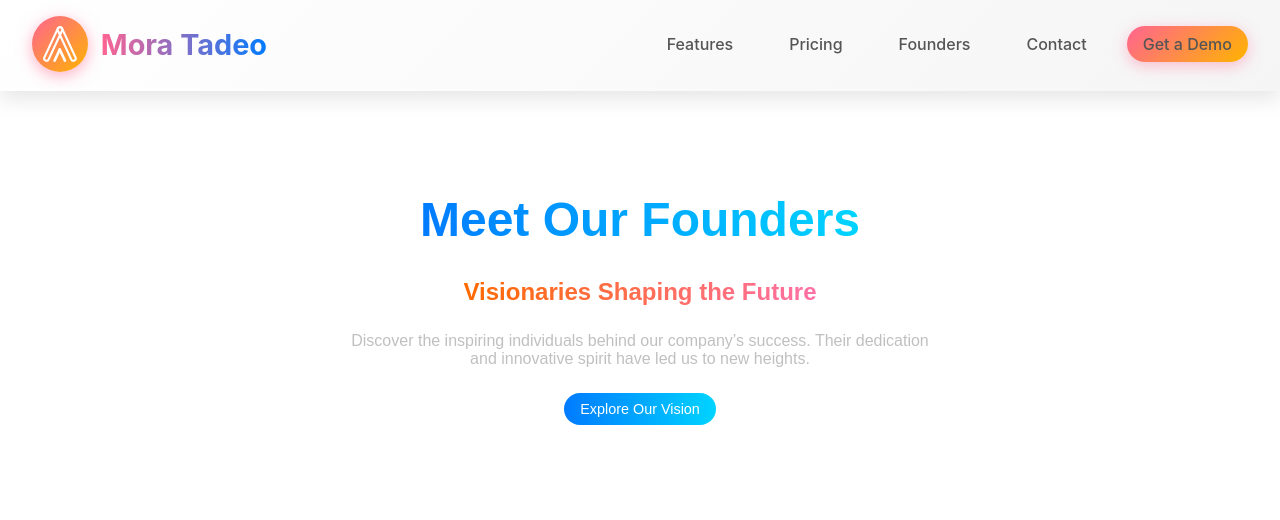
Repository: AbrahamM007/moratadeo
Page: /founders
The author's editor kept a copy of each file at every save. The page is drawn from the files as they stood at one save, then again after the next save.
The browser window is 1280 px wide. The pictures show the part of the page from y = 0 to 520 px (the page is 990 px tall before and 952 px after).
Pictures or frames that could not be fetched are drawn as grey boxes. The project was rebuilt for these pictures with package versions that can differ from the ones it lists, and the page was loaded fresh each time. Also part of the build but not shown: src/HeroSection.css, src/HeroSection.js, src/InfoSection.css, src/InfoSection.js, src/RoadmapSection.css, src/RoadmapSection.js, src/DesignPhaseSection.js, src/HeroBanner.js and 6 more.

Above is the page before, as saved 2025-01-12 22:35:45.

### public/index.html
<!DOCTYPE html>
<html lang="en">
  <head>
    <meta charset="utf-8" />
    <link rel="icon" href="mora.png" />
    <meta name="viewport" content="width=device-width, initial-scale=1" />
    <meta name="theme-color" content="#000000" />

    <link rel="apple-touch-icon" href="mora.png" />
    <link rel="manifest" href="%PUBLIC_URL%/manifest.json" />

    <!-- SEO Meta Tags -->
    <meta name="title" content="Mora Tadeo | Development Firm" />
    <meta name="description" content="Mora Tadeo is a leading development firm offering cutting-edge solutions in web development, app design, and technology innovation to elevate your business." />
    <meta name="keywords" content="development firm, web development, app design, Mora Tadeo, software solutions, technology innovation" />
    <meta name="author" content="Mora Tadeo" />
    <meta name="robots" content="index, follow" />
    <meta name="googlebot" content="index, follow" />

    <!-- Open Graph Meta Tags (for social sharing) -->
    <meta property="og:type" content="website" />
    <meta property="og:url" content="https://moratadeo.com" />
    <meta property="og:title" content="Mora Tadeo | Development Firm" />
    <meta property="og:description" content="Discover innovative web and app development solutions with Mora Tadeo. Your trusted partner in driving technology forward." />
    <meta property="og:image" content="https://moratadeo.com/preview-image.png" />
    <meta property="og:site_name" content="Mora Tadeo" />

    <!-- Twitter Card Meta Tags -->
    <meta name="twitter:card" content="summary_large_image" />
    <meta name="twitter:url" content="https://moratadeo.com" />
    <meta name="twitter:title" content="Mora Tadeo | Development Firm" />
    <meta name="twitter:description" content="Mora Tadeo offers state-of-the-art development services to bring your business ideas to life. Partner with us for tailored solutions." />
    <meta name="twitter:image" content="https://moratadeo.com/preview-image.png" />

    <!-- Additional Metadata -->
    <meta name="msapplication-TileColor" content="#ffffff" />
    <meta name="msapplication-config" content="%PUBLIC_URL%/browserconfig.xml" />

    <!-- Title -->
    <title>Mora Tadeo | Development Firm</title>
  </head>
  <body>
    <noscript>You need to enable JavaScript to run this app.</noscript>
    <div id="root"></div>
  </body>
</html>

### src/FoundersPage.js
import React from "react";
import "./FoundersPage.css";

const FoundersPage = () => {
  return (
    <div className="founders-page">
      {/* Hero Section */}
      <section className="founders-hero">
        <h1 className="founders-hero-title">Meet Our Founders</h1>
        <h2 className="founders-hero-subtitle">Visionaries Shaping the Future</h2>
        <p className="hero-paragraph">
          Discover the inspiring individuals behind our company’s success.
          Their dedication and innovative spirit have led us to new heights.
        </p>
        <button className="hero-button">Explore Our Vision</button>

        {/* Decorative Overlapping Shapes */}
        <div className="decorative-block block1"></div>
        <div className="decorative-block block2"></div>
      </section>

      {/* Founders Section */}
      <div className="founders-container">
        {/* Founder 1 */}
        <div className="founder-card">
          <div className="founder-image-container">
            <img
              src="/path-to-founder1-image.jpg"
              alt="Founder 1"
              className="founder-image"
            />
          </div>
          <h2 className="founder-name">Founder 1</h2>
          <h3 className="founder-title">CEO & Co-Founder</h3>
          <p className="founder-bio">
            A pioneer in innovation, Founder 1 has transformed industries with
            their forward-thinking mindset.
          </p>
        </div>

        {/* Founder 2 */}
        <div className="founder-card">
          <div className="founder-image-container">
            <img
              src="/path-to-founder2-image.jpg"
              alt="Founder 2"
              className="founder-image"
            />
          </div>
          <h2 className="founder-name">Founder 2</h2>
          <h3 className="founder-title">COO & Co-Founder</h3>
          <p className="founder-bio">
            With operational brilliance, Founder 2 ensures seamless execution
            of our bold vision.
          </p>
        </div>
      </div>

      <div className="founders-scroll-indicator">
        Scroll to explore more founders →
      </div>
    </div>
  );
};

export default FoundersPage;

### src/Navbar.css
/* Navbar Container */
.navbar {
    display: flex;
    justify-content: space-between;
    align-items: center;
    padding: 1rem 2rem;
    background: linear-gradient(135deg, #ffffff, #f5f5f5);
    box-shadow: 0 8px 20px rgba(0, 0, 0, 0.1);
    position: sticky;
    top: 0;
    z-index: 1000; /* Ensures navbar stays on top */
    transition: all 0.3s ease;
    border-bottom: 3px solid transparent;
  }

  /* Navbar on Scroll */
  .navbar.scrolled {
    background: #ffffff; /* Plain white background on scroll */
    box-shadow: 0 8px 25px rgba(0, 0, 0, 0.2);
    border-bottom: 3px solid #ddd; /* Subtle border for scroll effect */
    transform: scale(1.01);
  }

  /* Logo Link */
  .navbar-logo-link {
    display: flex;
    align-items: center;
    text-decoration: none; /* Removes underline */
    cursor: pointer;
  }

  /* Logo Container */
  .navbar-logo-container {
    display: flex;
    align-items: center;
    gap: 0.8rem;
  }

  /* Logo Icon */
  .navbar-logo-icon {
    display: flex;
    align-items: center;
    justify-content: center;
    background: linear-gradient(135deg, #ff6491, #ffb400);
    color: #fff;
    font-size: 2rem;
    font-weight: bold;
    height: 3.5rem;
    width: 3.5rem;
    border-radius: 50%;
    box-shadow: 0 4px 15px rgba(255, 100, 145, 0.5);
    transition: transform 0.3s ease;
  }

  .navbar-logo-icon:hover {
    transform: rotate(360deg) scale(1.1);
  }

  /* Logo Text */
  .navbar-logo-text {
    font-size: 1.8rem;
    font-weight: 700;
    color: #333;
    background: linear-gradient(90deg, #ff6491, #007bff);
    -webkit-background-clip: text;
    -webkit-text-fill-color: transparent;
  }

  /* Logo Hover Effect */
  .navbar-logo-link:hover .navbar-logo-container {
    transform: scale(1.05);
    transition: transform 0.3s ease;
  }

  /* Navbar Menu */
  .navbar-menu {
    display: flex;
    gap: 1.5rem;
    transition: transform 0.3s ease, opacity 0.3s ease;
  }

  /* Menu Links */
  .navbar-menu a {
    font-size: 1rem;
    font-weight: 500;
    text-decoration: none; /* Removes underline */
    color: #555;
    padding: 0.5rem 1rem;
    position: relative;
    transition: all 0.3s ease;
  }

  .navbar-menu a:hover {
    color: #ff6491;
  }

  .navbar-menu a::after {
    content: "";
    position: absolute;
    bottom: -5px;
    left: 0;
    width: 0;
    height: 3px;
    background: linear-gradient(90deg, #ff6491, #ffb400);
    transition: width 0.3s ease;
  }

  .navbar-menu a:hover::after {
    width: 100%;
  }

  /* Highlight Link */
  .navbar-highlight {
    font-weight: bold;
    padding: 0.8rem 1.5rem;
    color: #fff;
    background: linear-gradient(135deg, #ff6491, #ffb400);
    border-radius: 50px;
    box-shadow: 0 4px 15px rgba(255, 100, 145, 0.4);
    transition: transform 0.3s ease, background 0.3s ease;
  }

  .navbar-highlight:hover {
    transform: scale(1.1);
    background: linear-gradient(135deg, #ffb400, #ff6491);
  }

  /* Hamburger Menu */
  .navbar-toggle {
    display: none;
    background: none;
    border: none;
    cursor: pointer;
    padding: 0.5rem;
    z-index: 11;
  }

  .hamburger {
    width: 1.5rem;
    height: 2px;
    background: #333;
    position: relative;
    transition: all 0.3s ease;
  }

  .hamburger::before,
  .hamburger::after {
    content: "";
    width: 1.5rem;
    height: 2px;
    background: #333;
    position: absolute;
    left: 0;
    transition: all 0.3s ease;
  }

  .hamburger::before {
    top: -6px;
  }

  .hamburger::after {
    top: 6px;
  }

  .hamburger.open {
    background: transparent;
  }

  .hamburger.open::before {
    transform: rotate(45deg);
    top: 0;
  }

  .hamburger.open::after {
    transform: rotate(-45deg);
    top: 0;
  }
  .navbar-logo-image {
    height: 2.3rem; /* Adjust size to match your design */
    width: 2.3rem;
    /* border-radius: 50%; Optional: Make it circular */
    object-fit: cover; /* Ensures the image scales correctly */

    transition: transform 0.3s ease;
  }

  .navbar-logo-image:hover {
    transform: scale(1.1); /* Slight zoom on hover */
  }


  /* Responsive Menu */
  @media (max-width: 768px) {
    .navbar-menu {
      flex-direction: column;
      position: absolute;
      top: 100%;
      right: 0;
      background: linear-gradient(135deg, #ffffff, #f5f5f5);
      border-radius: 10px;
      box-shadow: 0 8px 20px rgba(0, 0, 0, 0.1);
      transform: translateY(-200%);
      opacity: 0;
      visibility: hidden;
      transition: transform 0.3s ease, opacity 0.3s ease, visibility 0.3s ease;
    }

    .navbar-menu.open {
      transform: translateY(0%);
      opacity: 1;
      visibility: visible;
    }

    .navbar-menu a {
      padding: 1rem;
      text-align: center;
    }

    .navbar-toggle {
      display: block;
    }
  }

### src/DesignPhaseSection.css


:root {
  --blue-color: #007bff;
  --orange-color: #ffb400;
  --gradient: linear-gradient(90deg, var(--blue-color), var(--orange-color));
  --bg-white: #ffffff;
  --line-color: rgba(0,0,0,0.1);
  --card-shadow: rgba(0, 0, 0, 0.1);
 }






 .single-phase-container {
  position: relative;
  width: 100%;
  height: 100vh;
  overflow: hidden;
 }


 /* Navigation Dots */
 .phase-navigation {
  position: absolute;
  bottom: 20px;
  left: 50%;
  transform: translateX(-50%);
  display: flex;
  gap: 15px;
  z-index: 3;
 }


 .nav-dot {
  width: 20px;
  height: 20px;
  border-radius: 50%;
  background: #fff;
  border: 3px solid var(--gradient);
  cursor: pointer;
  transition: transform 0.3s ease, background 0.3s ease;
 }


 .nav-dot.active {
  transform: scale(1.4);
  background: var(--gradient);
 }


 .nav-dot:hover {
  transform: scale(1.2);
 }


 /* Phase Section and Overlay */
 .phase-section {
  position: relative;
  width: 100vw;
  height: 100vh;

  display: flex;
  align-items: center;
  justify-content: center;
  overflow: hidden;
  transition: background 1s ease-in-out;
 }


 .phase-overlay {
  position: absolute;
  width: 120%;
  height: 120%;
  top: -10%;
  left: -10%;
  background: radial-gradient(circle, rgba(255,255,255,0.2), transparent);
  opacity: 0.5;
  pointer-events: none;
  animation: floatOverlay 20s ease-in-out infinite;
  z-index: 1;
 }


 @keyframes floatOverlay {
  0%, 100% { transform: translate(0, 0) rotate(0deg); }
  50% { transform: translate(20px, 20px) rotate(45deg); }
 }


 /* Phase Content with Shimmering Border */
 .phase-content {
  position: relative;
  z-index: 2;
  max-width: 600px;
  padding: 2rem;
  background: rgba(255,255,255,0.8);
  color: #333;
  border-radius: 15px;
  box-shadow: 0 10px 20px var(--card-shadow);
  text-align: center;
  opacity: 0;
  transform: translateY(20px);
  animation: contentFadeIn 1.5s forwards;
 }


 .phase-content::before {
  content: '';
  position: absolute;
  inset: 0;
  border-radius: inherit;
  background: var(--gradient);
  z-index: -1;
  filter: blur(15px);
  opacity: 0.6;
  transform: scale(1.1);
  animation: pulseBorder 3s ease-in-out infinite;
 }


 @keyframes pulseBorder {
  0%, 100% { filter: blur(15px); }
  50% { filter: blur(25px); }
 }


 @keyframes contentFadeIn {
  to { opacity: 1; transform: translateY(0); }
 }


 /* Icon and Text Styling */
 .icon {
  font-size: 4rem;
  margin-bottom: 1rem;
  background: var(--gradient);
  -webkit-background-clip: text;
  -webkit-text-fill-color: transparent;
  animation: spinIcon 10s linear infinite;
 }


 @keyframes spinIcon {
  from { transform: rotate(0deg); }
  to { transform: rotate(360deg); }
 }


 .phase-content h3 {
  font-size: 2rem;
  margin-bottom: 1rem;
  color: var(--blue-color);
 }


 .phase-content p {
  font-size: 1.2rem;
  line-height: 1.6;
  color: #333;
 }


 /* Unique abstract backgrounds and animations for each phase */
 .phase-0 {
  background: radial-gradient(circle at center, rgba(0,123,255,0.1), var(--bg-white)),
              radial-gradient(circle at bottom right, rgba(255,180,0,0.1), transparent);
  animation: bgAnim0 15s ease-in-out infinite;
 }
 .phase-1 {
  background: radial-gradient(circle at top left, rgba(0,123,255,0.1), transparent),
              radial-gradient(circle at bottom right, rgba(255,180,0,0.1), var(--bg-white));
  animation: bgAnim1 20s ease-in-out infinite;
 }
 .phase-2 {
  background: radial-gradient(circle at top right, rgba(0,123,255,0.1), transparent),
              radial-gradient(circle at bottom left, rgba(255,180,0,0.1), var(--bg-white));
  animation: bgAnim2 25s ease-in-out infinite;
 }
 .phase-3 {
  background: radial-gradient(circle at center, rgba(0,123,255,0.1), transparent),
              radial-gradient(circle at center, rgba(255,180,0,0.1), var(--bg-white));
  animation: bgAnim3 30s ease-in-out infinite;
 }


 @keyframes bgAnim0 {
  0%, 100% { background-position: 0% 0%, 100% 100%; }
  50% { background-position: 100% 0%, 0% 100%; }
 }
 @keyframes bgAnim1 {
  0%, 100% { background-position: 0% 100%, 100% 0%; }
  50% { background-position: 100% 100%, 0% 0%; }
 }
 @keyframes bgAnim2 {
  0%, 100% { background-position: 50% 50%, 50% 50%; }
  50% { background-position: 75% 25%, 25% 75%; }
 }
 @keyframes bgAnim3 {
  0%, 100% { background-position: 0% 0%, 100% 100%; }
  50% { background-position: 100% 0%, 0% 100%; }
 }


 /* Responsive adjustments */
 @media (max-width: 768px) {
  .phase-content { padding: 1.5rem; }
  .icon { font-size: 3.5rem; }
  .phase-content h3 { font-size: 1.8rem; }
  .phase-content p { font-size: 1rem; }
 }

### src/FoundersPage.css
/* General Page Styling */
.founders-page {
    font-family: "Arial", sans-serif;
    background: #ffffff;
    margin: 0;
    padding: 0;
    overflow-x: hidden;
  }

  /* Hero Section */
  .founders-hero {
    display: flex;
    flex-direction: column;
    align-items: center;
    justify-content: center;
    text-align: center;
    padding: 60px 10px;
    gap: 10px;
    position: relative;
  }

  .founders-hero-title {
    font-size: 3rem;
    font-weight: bold;
    line-height: 1.2;
    margin-bottom: 0;
    background: linear-gradient(90deg, #007bff, #00d4ff);
    -webkit-background-clip: text;
    -webkit-text-fill-color: transparent;
  }

  .founders-hero-subtitle {
    font-size: 1.5rem;
    font-weight: bold;
    line-height: 1.2;
    margin-bottom: 15px;
    background: linear-gradient(90deg, #ff6a00, #ff70a6);
    -webkit-background-clip: text;
    -webkit-text-fill-color: transparent;
  }

  .hero-paragraph {
    font-size: 1rem;
    max-width: 600px;
    margin: 0 auto;
    color: #c0c0c0;
  }

  .hero-button {
    font-size: 0.9rem;
    padding: 8px 16px;
    margin-top: 15px;
    background: linear-gradient(90deg, #007bff, #00d4ff);
    border: none;
    border-radius: 50px;
    color: #ffffff;
    cursor: pointer;
    transition: transform 0.2s, box-shadow 0.2s;
  }

  .hero-button:hover {
    transform: scale(1.03);
    box-shadow: 0px 6px 12px rgba(0, 0, 0, 0.15);
  }

  /* Abstract Shapes */
  .abstract-shape {
    position: absolute;
    z-index: 0;
    border-radius: 50%;
    opacity: 0.1;
  }

  .shape1 {
    width: 200px;
    height: 200px;
    background: linear-gradient(45deg, #007bff, #00d4ff);
    top: -30px;
    left: -50px;
  }

  .shape2 {
    width: 150px;
    height: 150px;
    background: linear-gradient(45deg, #ff6a00, #ff70a6);
    top: 20%;
    right: -40px;
  }

  .shape3 {
    width: 250px;
    height: 250px;
    background: linear-gradient(45deg, #00d4ff, #6a11cb);
    bottom: -60px;
    left: 30%;
  }

  /* Founders Section */
  .founders-container {
    display: flex;
    flex-wrap: wrap;
    justify-content: center;
    gap: 20px;
    padding: 20px 10px;
  }

  .founder-card {
    background: #ffffff;
    border-radius: 15px;
    box-shadow: 0px 5px 10px rgba(0, 0, 0, 0.1);
    overflow: hidden;
    transition: transform 0.2s ease, box-shadow 0.2s ease;
    text-align: center;
    width: 250px;
    padding: 15px;
  }

  .founder-card:hover {
    transform: translateY(-8px);
    box-shadow: 0px 15px 25px rgba(0, 0, 0, 0.2);
  }

  .founder-image-container {
    position: relative;
    width: 100%;
    padding-top: 100%; /* Aspect ratio of 1:1 */
    overflow: hidden;
  }

  .founder-image {
    position: absolute;
    top: 0;
    left: 0;
    width: 100%;
    height: 100%;
    object-fit: cover;
  }

  .founder-name {
    font-size: 1.2rem;
    font-weight: bold;
    margin-top: 10px;
    margin-bottom: 5px;
    background: linear-gradient(90deg, #007bff, #00d4ff);
    -webkit-background-clip: text;
    -webkit-text-fill-color: transparent;
  }

  .founder-title {
    font-size: 1rem;
    font-weight: bold;
    margin-bottom: 5px;
    background: linear-gradient(90deg, #ff6a00, #ff70a6);
    -webkit-background-clip: text;
    -webkit-text-fill-color: transparent;
  }

  .founder-bio {
    font-size: 0.85rem;
    line-height: 1.4;
    color: #c0c0c0;
    margin-bottom: 10px;
  }

  /* Responsive Design */
  @media (max-width: 768px) {
    .founders-hero-title {
      font-size: 2.5rem;
    }

    .founders-hero-subtitle {
      font-size: 1.2rem;
    }

    .founder-card {
      width: 90%;
    }
  }

Loaded but not shown: src/index.js (common file); src/index.css (common file); src/reportWebVitals.js (common file); src/Navbar.js (61 lines, source omitted); src/App.js (54 lines, source omitted); src/ScrollToTop.js (14 lines, source omitted); src/FeaturesIndividualPage.css (460 lines, source omitted)

After the next save:
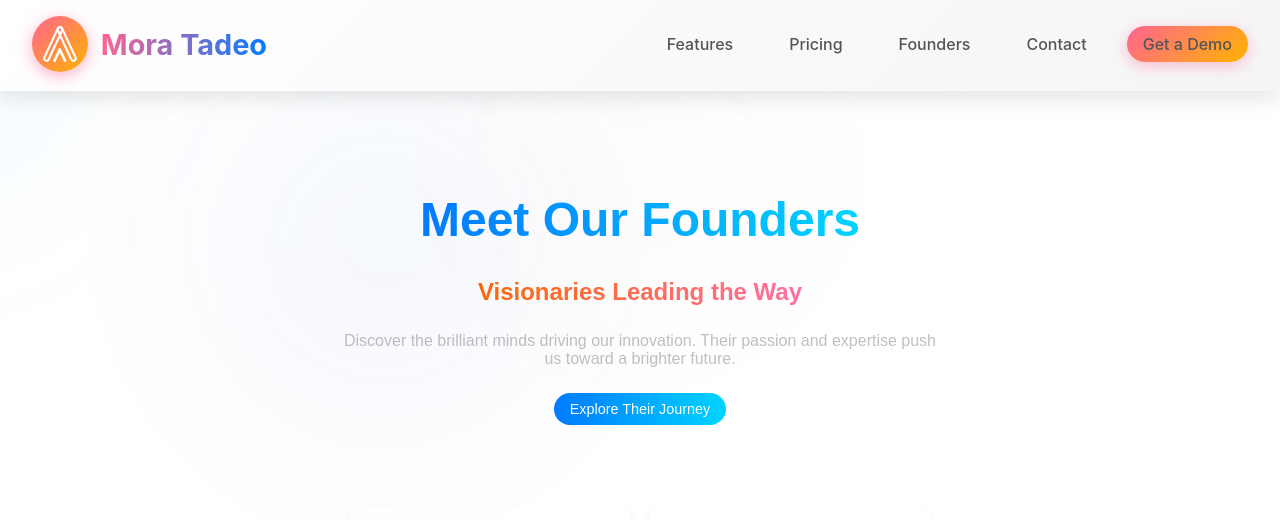
Saved 6 s later.
--- a/src/FoundersPage.js
+++ b/src/FoundersPage.js
@@ -7,16 +7,17 @@ const FoundersPage = () => {
       {/* Hero Section */}
       <section className="founders-hero">
         <h1 className="founders-hero-title">Meet Our Founders</h1>
-        <h2 className="founders-hero-subtitle">Visionaries Shaping the Future</h2>
+        <h2 className="founders-hero-subtitle">Visionaries Leading the Way</h2>
         <p className="hero-paragraph">
-          Discover the inspiring individuals behind our company’s success.
-          Their dedication and innovative spirit have led us to new heights.
+          Discover the brilliant minds driving our innovation. Their passion and
+          expertise push us toward a brighter future.
         </p>
-        <button className="hero-button">Explore Our Vision</button>
+        <button className="hero-button">Explore Their Journey</button>
 
-        {/* Decorative Overlapping Shapes */}
-        <div className="decorative-block block1"></div>
-        <div className="decorative-block block2"></div>
+        {/* Abstract Shapes */}
+        <div className="abstract-shape shape1"></div>
+        <div className="abstract-shape shape2"></div>
+        <div className="abstract-shape shape3"></div>
       </section>
 
       {/* Founders Section */}
@@ -31,10 +32,10 @@ const FoundersPage = () => {
             />
           </div>
           <h2 className="founder-name">Founder 1</h2>
-          <h3 className="founder-title">CEO & Co-Founder</h3>
+          <h3 className="founder-title">CEO & Visionary</h3>
           <p className="founder-bio">
-            A pioneer in innovation, Founder 1 has transformed industries with
-            their forward-thinking mindset.
+            A visionary innovator leading the company to groundbreaking heights
+            with unparalleled creativity.
           </p>
         </div>
 
@@ -48,16 +49,12 @@ const FoundersPage = () => {
             />
           </div>
           <h2 className="founder-name">Founder 2</h2>
-          <h3 className="founder-title">COO & Co-Founder</h3>
+          <h3 className="founder-title">COO & Strategist</h3>
           <p className="founder-bio">
-            With operational brilliance, Founder 2 ensures seamless execution
-            of our bold vision.
+            A strategic genius orchestrating seamless execution of innovative
+            ideas with a focus on excellence.
           </p>
         </div>
-      </div>
-
-      <div className="founders-scroll-indicator">
-        Scroll to explore more founders →
       </div>
     </div>
   );
